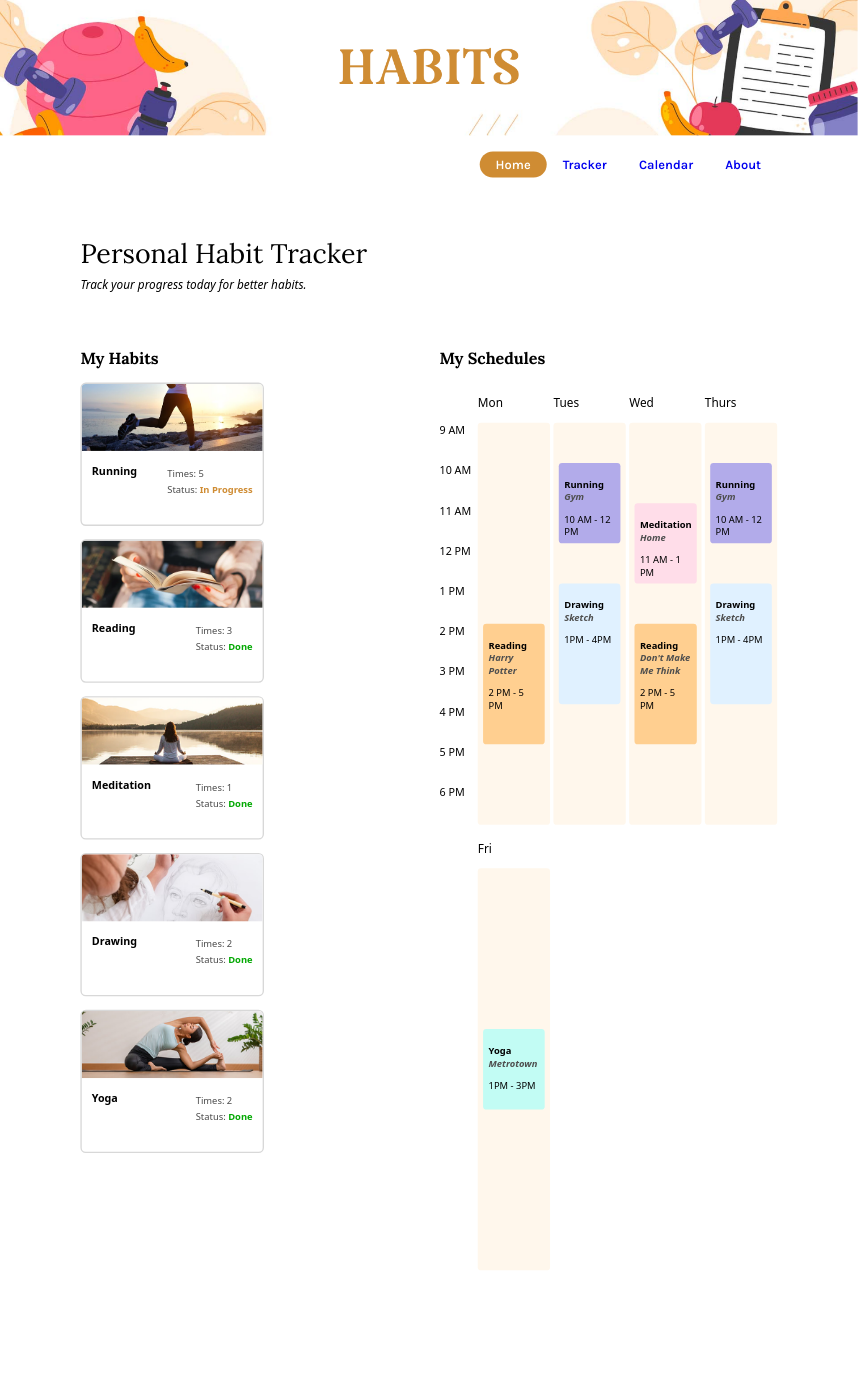
Repository: SandyLy453/habit-tracker
Page: http://localhost/
The author's editor kept a copy of each file at every save. The page is drawn from the files as they stood at one save, then again after the next save.
The browser window is 1280 px wide. The pictures show the whole page, at 67% of full size.
The page is served by the project's Node server (server.js).

Above is the page before, as saved 2025-03-17 13:55:06.

After the next save:
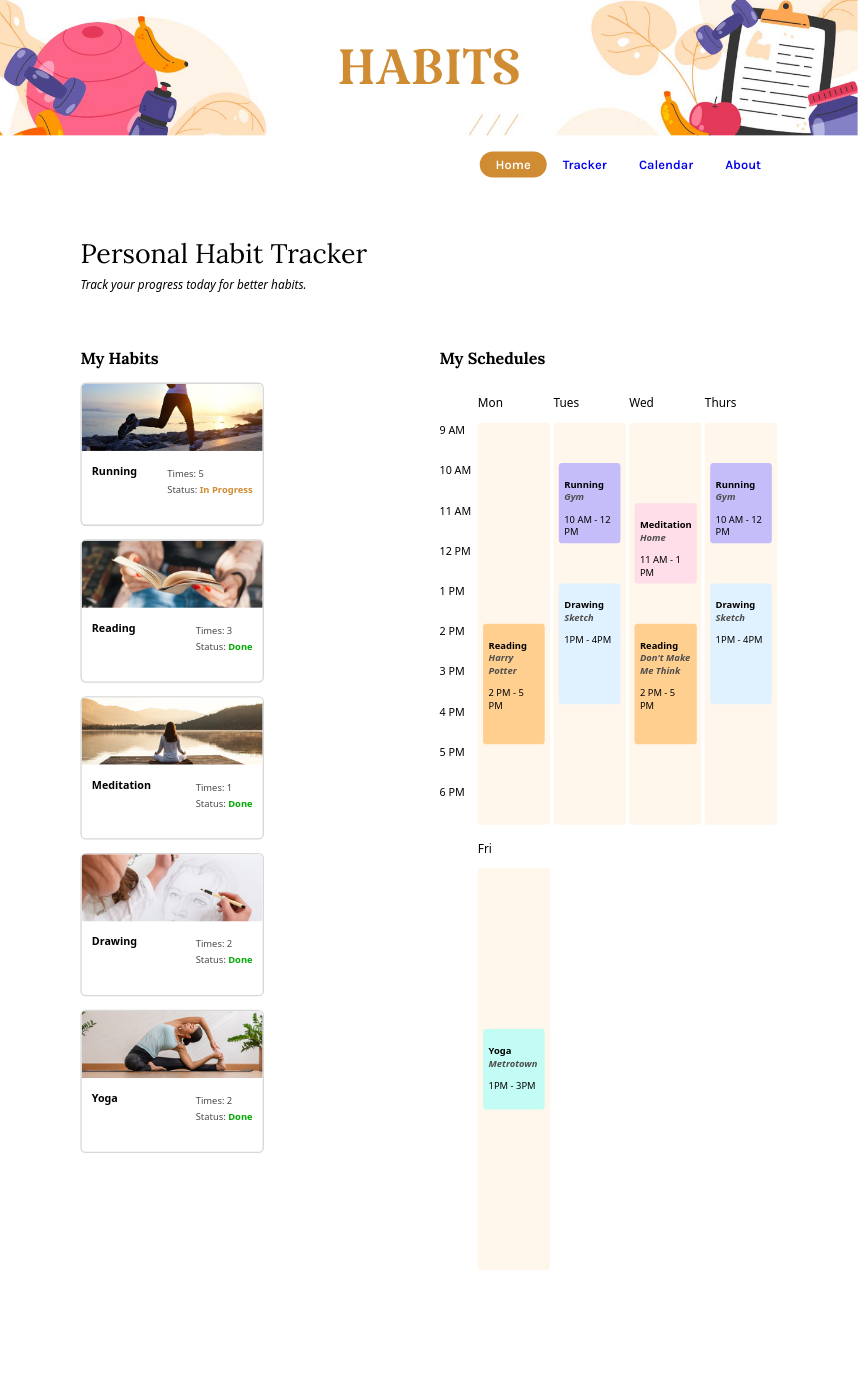
Saved 31 s later.
--- a/public/styles.css
+++ b/public/styles.css
@@ -13,7 +13,7 @@
     --card-status-done: #03a903;
 
     --schedules-reading: #FFCF90;
-    --schedules-running: #B2ABEA;
+    --schedules-running: #c4bdfa;
     --schedules-drawing: #E0F1FF;
     --schedules-meditation: #FFDDE9;
     --event-backgroundColor: #FFF7EC;
